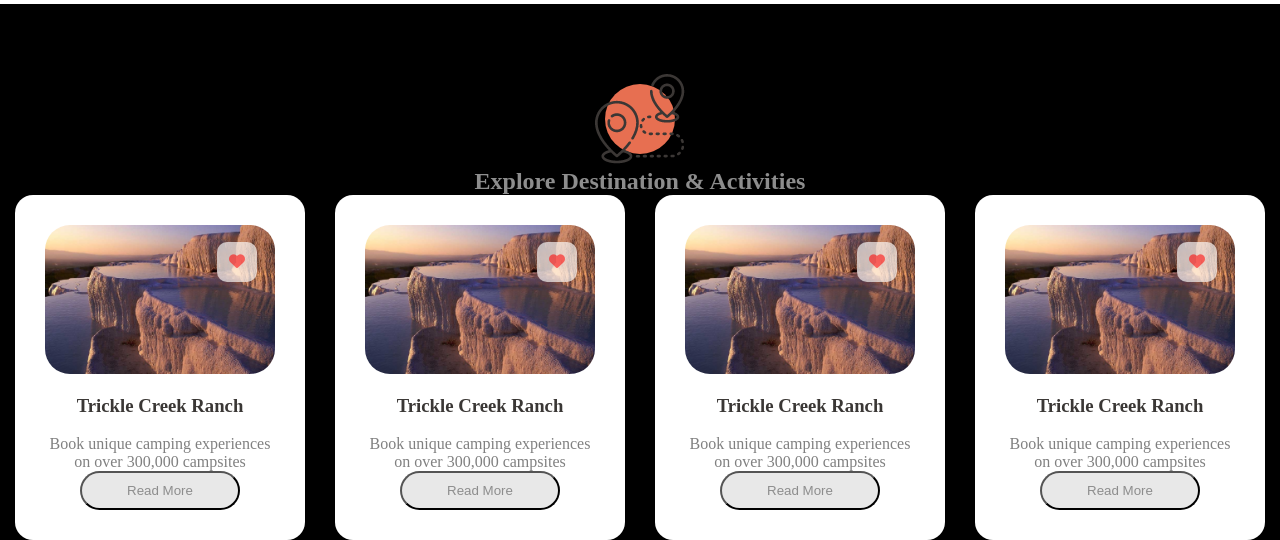
Repository: giahuy405/BC38_Camping_Pham_Gia_Huy
Page: index.html
These files come from the project's save history. The page is drawn as it stood at one moment and after a run of saves; the edit follows.
The browser window is 1280 px wide. The pictures show the part of the page from y = 692 to 1232 px (the page is 1232 px tall before and 1228 px after).

Above is the page before, as saved 2022-09-13 19:16:37.

### index.html
<!DOCTYPE html>
<html lang="en">
<head>
    <meta charset="UTF-8">
    <meta http-equiv="X-UA-Compatible" content="IE=edge">
    <meta name="viewport" content="width=device-width, initial-scale=1.0">
    <title>Document</title>
    <link rel="stylesheet" href="https://cdnjs.cloudflare.com/ajax/libs/font-awesome/6.2.0/css/all.min.css" integrity="sha512-xh6O/CkQoPOWDdYTDqeRdPCVd1SpvCA9XXcUnZS2FmJNp1coAFzvtCN9BmamE+4aHK8yyUHUSCcJHgXloTyT2A==" crossorigin="anonymous" referrerpolicy="no-referrer" />
    <link rel="stylesheet" href="./css/index.css">
</head>
<body>
    <header>
       <div class="header__items">
            <img src="./img/logoicon.png" alt="">
            <nav>
                <ul>
                    <li><a href="#">Home</a></li>
                    <li><a href="#">Services</a></li>
                    <li><a href="#">Destination</a></li>
                    <li><a href="#">Events</a></li>
                    <li><a href="#">Gallery</a></li>
                    <li><a href="#">Contact us</a></li>
                </ul>
            </nav>
       </div>
    </header>
    <section class="carousel">
        <img src="./img/BG.png" alt="">
    </section>
    <section class="service">
        <img src="./img/Group 313.png" alt="">
        <h1>Explore Destination & Activities</h1>
        <div class="service__cards">
            <div class="service__card">
                <div class="service__item">
                    <img src="./img/product1.png" alt="">
                    <h3>Trickle Creek Ranch</h3>
                    <p>Book unique camping experiences on over 300,000 campsites</p>
                    <button>Read More</button>
                </div>
                <div class="service__heart">
                    <i class="fa fa-heart"></i>
                </div>
            </div>
            <div class="service__card">
                <div class="service__item">
                    <img src="./img/product1.png" alt="">
                    <h3>Trickle Creek Ranch</h3>
                    <p>Book unique camping experiences on over 300,000 campsites</p>
                    <button>Read More</button>
                </div>
                <div class="service__heart">
                    <i class="fa fa-heart"></i>
                </div>
            </div>
            <div class="service__card">
                <div class="service__item">
                    <img src="./img/product1.png" alt="">
                    <h3>Trickle Creek Ranch</h3>
                    <p>Book unique camping experiences on over 300,000 campsites</p>
                    <button>Read More</button>
                </div>
                <div class="service__heart">
                    <i class="fa fa-heart"></i>
                </div>
            </div>
            <div class="service__card">
                <div class="service__item">
                    <img src="./img/product1.png" alt="">
                    <h3>Trickle Creek Ranch</h3>
                    <p>Book unique camping experiences on over 300,000 campsites</p>
                    <button>Read More</button>
                </div>
                <div class="service__heart">
                    <i class="fa fa-heart"></i>
                </div>
            </div>
            <div class="clear"></div>
        </div>
    </section>
</body>
</html>

### css/index.css
*{
    padding: 0;
    margin: 0;
    box-sizing: border-box;
}
.header__items{
    width: 90%;
    margin: 0 auto;
}
header{
    background-color: #f8e1db;
}
nav{
    margin-top: 10px;
    padding-bottom: 10px;
}
nav ul{
    list-style: none;
}
nav li{
    display: inline;
    margin-right:30px;
}
nav a{
    text-decoration: none;
    color: #43403c;
}
nav a:hover{
    color: rgb(160, 5, 5);
}
.clear{
    clear: both;
}
.carousel img{
    height: 600px;
    width: 100%;
}
.service{
    text-align: center;
    padding-top: 70px;
    /* background-color: #faf4f2; */
    background-color: black;
}
.service > h1{
    color: #8d8d8d;
}
.service__cards{
    width: 100%;

}
.service__card{
    float: left;
    width: 25%;
    padding: 0 15px;
    position: relative;
}
.service__item{
    background-color: white;
    border-radius: 18px;
    padding: 30px 30px;

}
.service__item img{
    border-radius: 25px;
    width: 100%;
}
.service__heart{
    position: absolute;
    top: 47px;
    right: 63px;
    width: 40px;
    height: 40px;
    line-height: 40px;
    color: rgba(255, 0, 0, 0.555);
    background-color: rgba(255, 255, 255, 0.651);
    border-radius: 10px;
}
.service__item h3{
    line-height: 3;
    color: #3a3735;
}
.service__item p{
    color: gray;
}
button{
    padding: 10px 45px;
    background-color: #e8e8e8;
    color: #8d8d8d;
    border-radius: 30px;
}

After the next 2 saves:
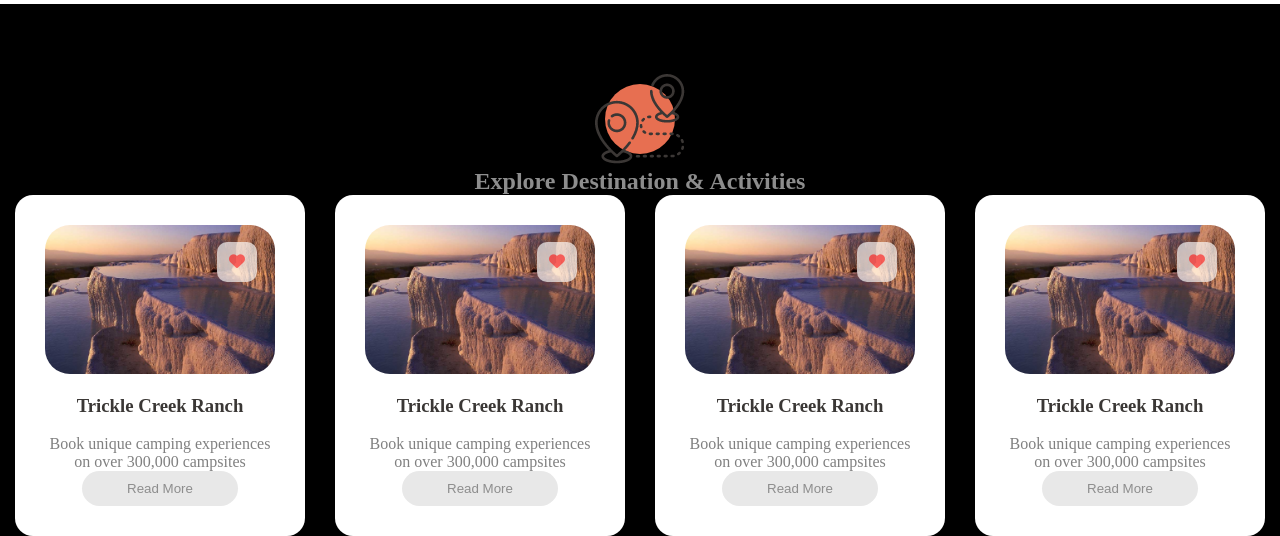
The 2 saves are shown as one change because they came seconds apart.
The last was saved 8 s later.
--- a/css/index.css
+++ b/css/index.css
@@ -86,5 +86,6 @@
     padding: 10px 45px;
     background-color: #e8e8e8;
     color: #8d8d8d;
-    border-radius: 30px;
+    border-radius: 20px;
+    border: none;
 }
